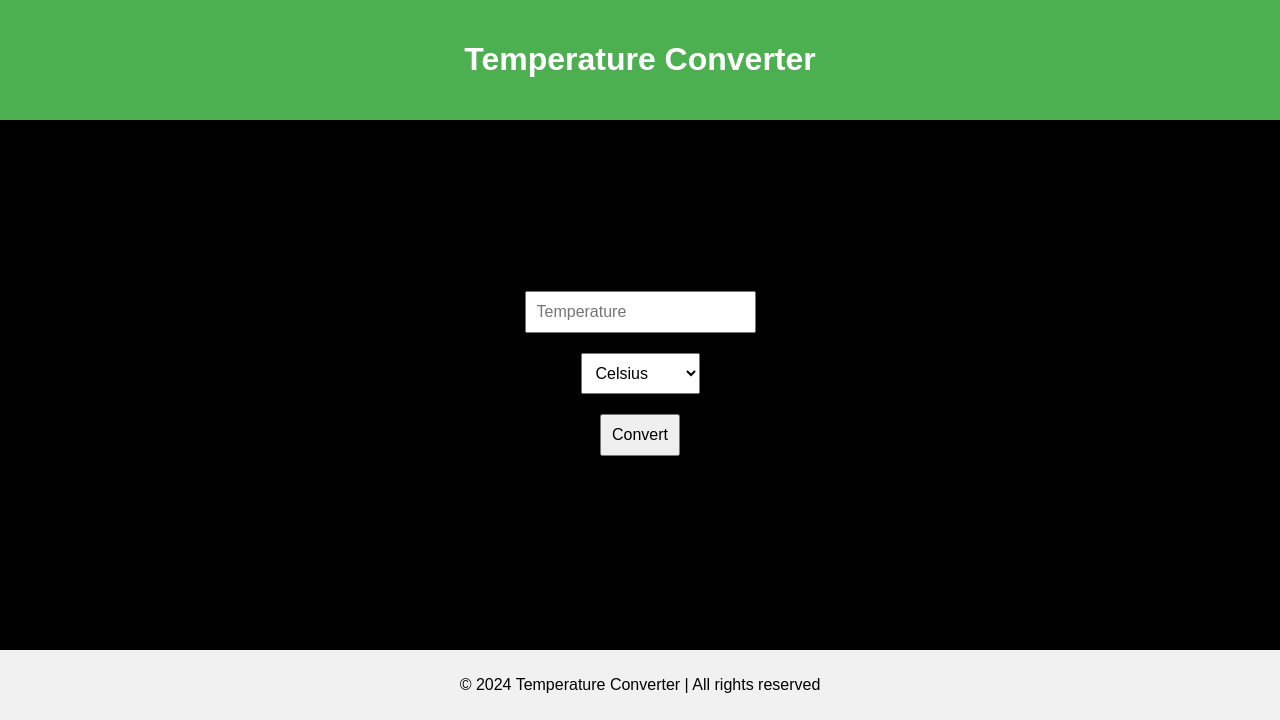
Repository: akhiranandan-04/Temperature-Converter
Page: index.html
These files come from the project's save history. The page is drawn as it stood at one moment and after the next save; the edit follows.
The browser window is 1280 px wide. The pictures show the whole page.

Above is the page before, as saved 2024-10-19 13:06:46.

After the next save:
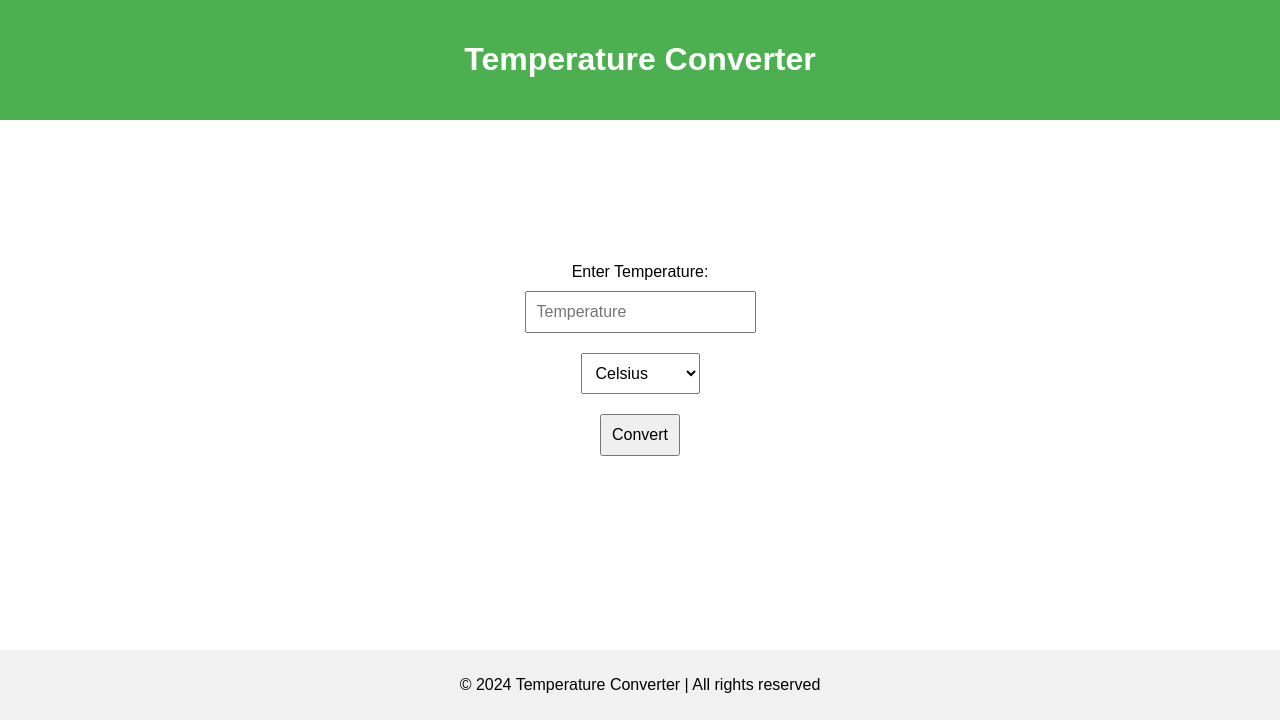
Saved 68 s later.
--- a/style.css
+++ b/style.css
@@ -20,7 +20,7 @@ header {
     align-items: center;
     justify-content: center;
     flex: 1;
-    background-color:black;
+    background-color:white;
 }
 
 .converter input, .converter select, .converter button {
